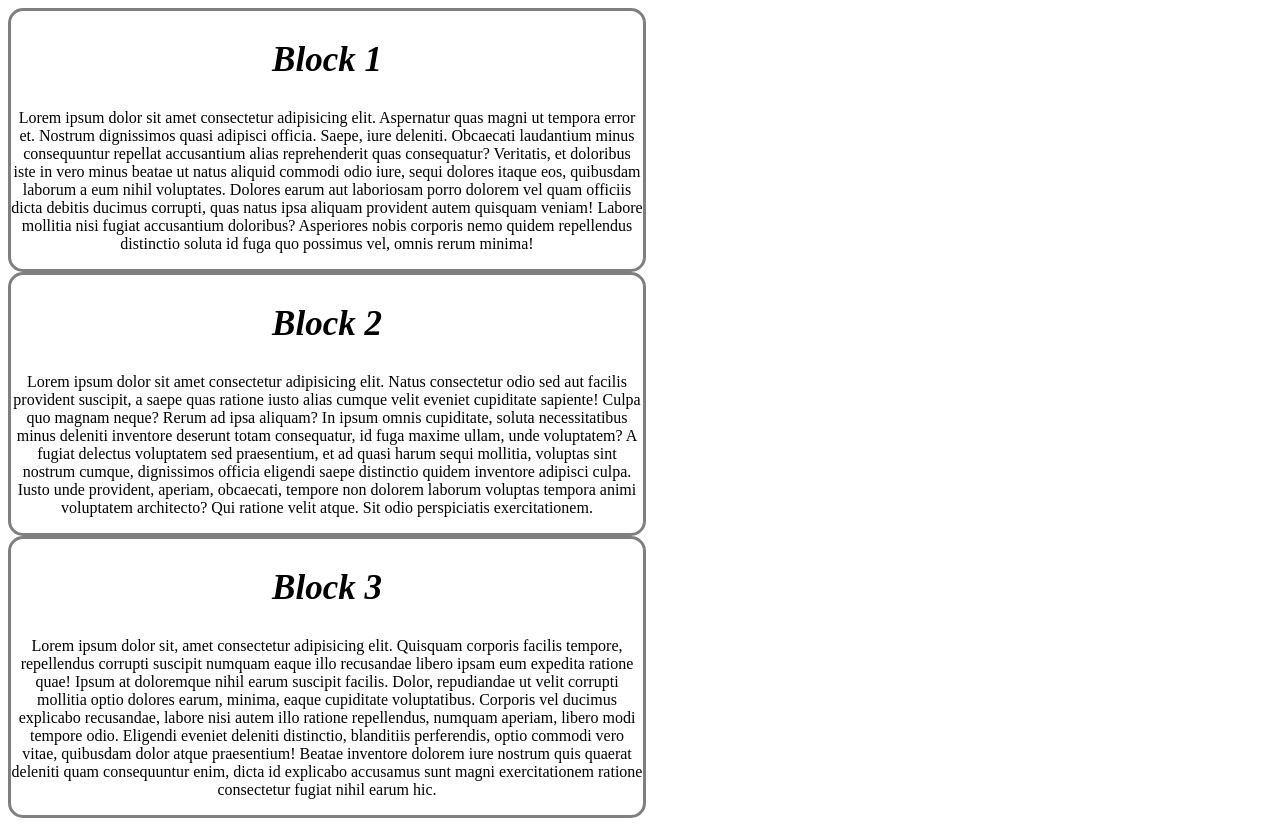
Repository: archangel88/elbrus_homework
Page: phase-0/week-3/day-3/css-fonts/index.html
These files come from the project's save history. The page is drawn as it stood at one moment and after the next save; the edit follows.
The browser window is 1280 px wide. The pictures show the whole page.

Above is the page before, as saved 2025-10-08 22:40:24.

### phase-0/week-3/day-3/css-fonts/index.html
<!DOCTYPE html>
<html lang="en">
<head>
    <meta charset="UTF-8">
    <meta name="viewport" content="width=device-width, initial-scale=1.0">
    <title>Document</title>
    <link rel="preconnect" href="https://fonts.googleapis.com">
<link rel="preconnect" href="https://fonts.gstatic.com" crossorigin>
<link href="https://fonts.googleapis.com/css2?family=IBM+Plex+Mono:ital,wght@0,100;0,200;0,300;0,400;0,500;0,600;0,700;1,100;1,200;1,300;1,400;1,500;1,600;1,700&display=swap" rel="stylesheet">
    <link rel="stylesheet" href="./style.css" />
</head>
<body>
   <div>
    <h2>
        Block 1
    </h2>
    <p>
        Lorem ipsum dolor sit amet consectetur adipisicing elit. Aspernatur quas magni ut tempora error et. Nostrum dignissimos quasi adipisci officia. Saepe, iure deleniti. Obcaecati laudantium minus consequuntur repellat accusantium alias reprehenderit quas consequatur? Veritatis, et doloribus iste in vero minus beatae ut natus aliquid commodi odio iure, sequi dolores itaque eos, quibusdam laborum a eum nihil voluptates. Dolores earum aut laboriosam porro dolorem vel quam officiis dicta debitis ducimus corrupti, quas natus ipsa aliquam provident autem quisquam veniam! Labore mollitia nisi fugiat accusantium doloribus? Asperiores nobis corporis nemo quidem repellendus distinctio soluta id fuga quo possimus vel, omnis rerum minima!
    </p>
   </div>
   <div>
    <h2>
        Block 2
    </h2>
    <p>
        Lorem ipsum dolor sit amet consectetur adipisicing elit. Natus consectetur odio sed aut facilis provident suscipit, a saepe quas ratione iusto alias cumque velit eveniet cupiditate sapiente! Culpa quo magnam neque? Rerum ad ipsa aliquam? In ipsum omnis cupiditate, soluta necessitatibus minus deleniti inventore deserunt totam consequatur, id fuga maxime ullam, unde voluptatem? A fugiat delectus voluptatem sed praesentium, et ad quasi harum sequi mollitia, voluptas sint nostrum cumque, dignissimos officia eligendi saepe distinctio quidem inventore adipisci culpa. Iusto unde provident, aperiam, obcaecati, tempore non dolorem laborum voluptas tempora animi voluptatem architecto? Qui ratione velit atque. Sit odio perspiciatis exercitationem.</p>
   </div>
   <div>
    <h2>
        Block 3
    </h2>
    <p>
        Lorem ipsum dolor sit, amet consectetur adipisicing elit. Quisquam corporis facilis tempore, repellendus corrupti suscipit numquam eaque illo recusandae libero ipsam eum expedita ratione quae! Ipsum at doloremque nihil earum suscipit facilis. Dolor, repudiandae ut velit corrupti mollitia optio dolores earum, minima, eaque cupiditate voluptatibus. Corporis vel ducimus explicabo recusandae, labore nisi autem illo ratione repellendus, numquam aperiam, libero modi tempore odio. Eligendi eveniet deleniti distinctio, blanditiis perferendis, optio commodi vero vitae, quibusdam dolor atque praesentium! Beatae inventore dolorem iure nostrum quis quaerat deleniti quam consequuntur enim, dicta id explicabo accusamus sunt magni exercitationem ratione consectetur fugiat nihil earum hic.
    </p>
   </div>
</body>
</html>

### phase-0/week-3/day-3/css-fonts/style.css
div {
    display: inline-block;
    text-align:center;
    width: 50%;
    border: 3px solid rgb(0,0,0,0.5);
    border-radius: 15px;
    vertical-align: top;
}

h2{
    font-family: IBM, cursive;
    font-weight: 900;
    font-style: oblique;
    font-size: 35px;
}

p{
    font-family: IBM, bottom;
    font-weight: 300;
}

After the next save:
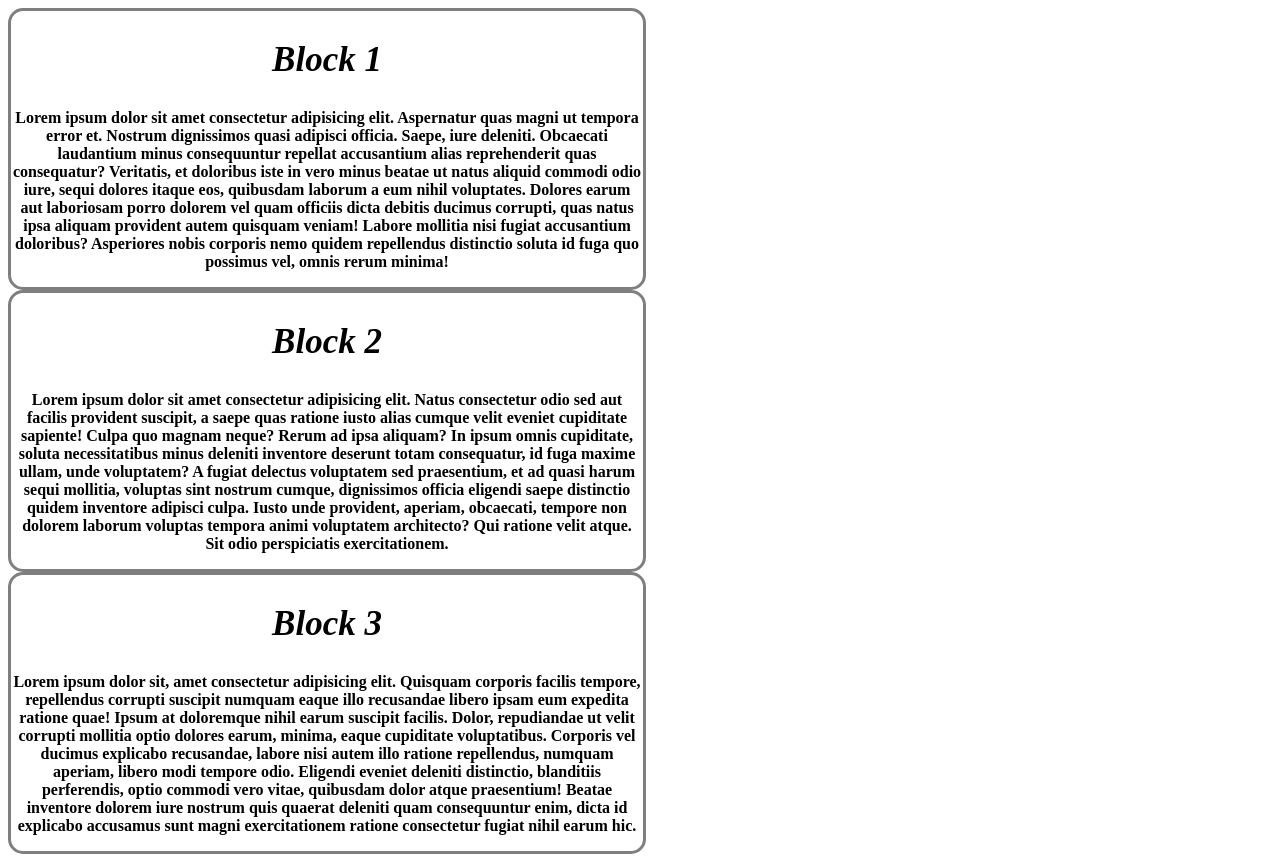
Saved 7 s later.
--- a/phase-0/week-3/day-3/css-fonts/style.css
+++ b/phase-0/week-3/day-3/css-fonts/style.css
@@ -16,5 +16,5 @@ h2{
 
 p{
     font-family: IBM, bottom;
-    font-weight: 300;
+    font-weight: 800;
 }
